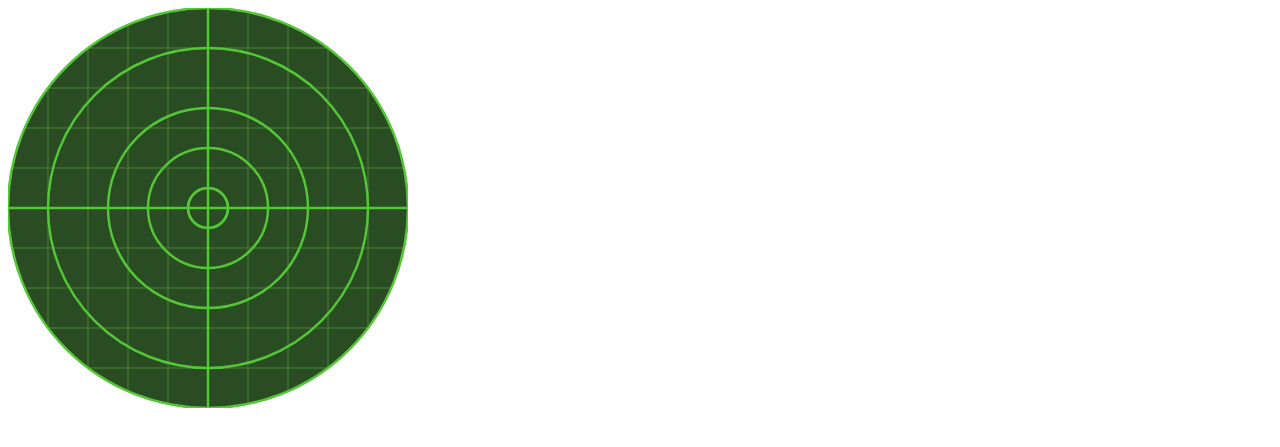
Repository: pedro-mancano/ProjetoCDM204
Page: scripts/radar.html
An editor plug-in stored every save of this project. The page is shown before and after the next save, followed by the edit.
The browser window is 1280 px wide. The pictures show the whole page.

Above is the page before, as saved 2024-11-27 08:36:36.

After the next save:
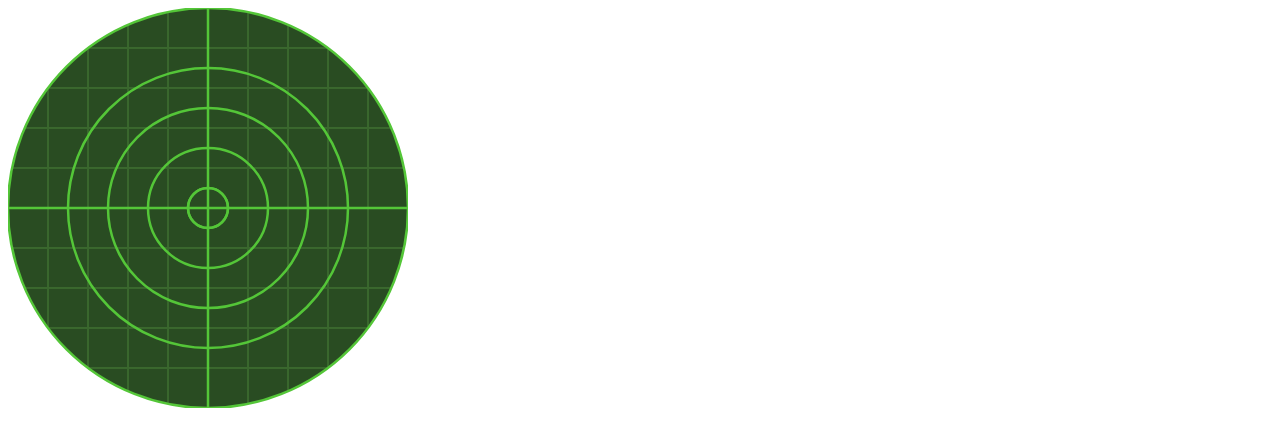
Saved 5 s later.
--- a/scripts/radar.js
+++ b/scripts/radar.js
@@ -52,7 +52,7 @@ function draw(elapsed) {
   }
 
   // Circle outlines 5
-  const radiusRatios = [1, .8, .5, .3, .1];
+  const radiusRatios = [1, .7, .5, .3, .1];
   for (let i = 0; i < radiusRatios.length; i++) {
     ctx.beginPath();
     ctx.arc(R, R, R * radiusRatios[i], 0, 2 * Math.PI);
